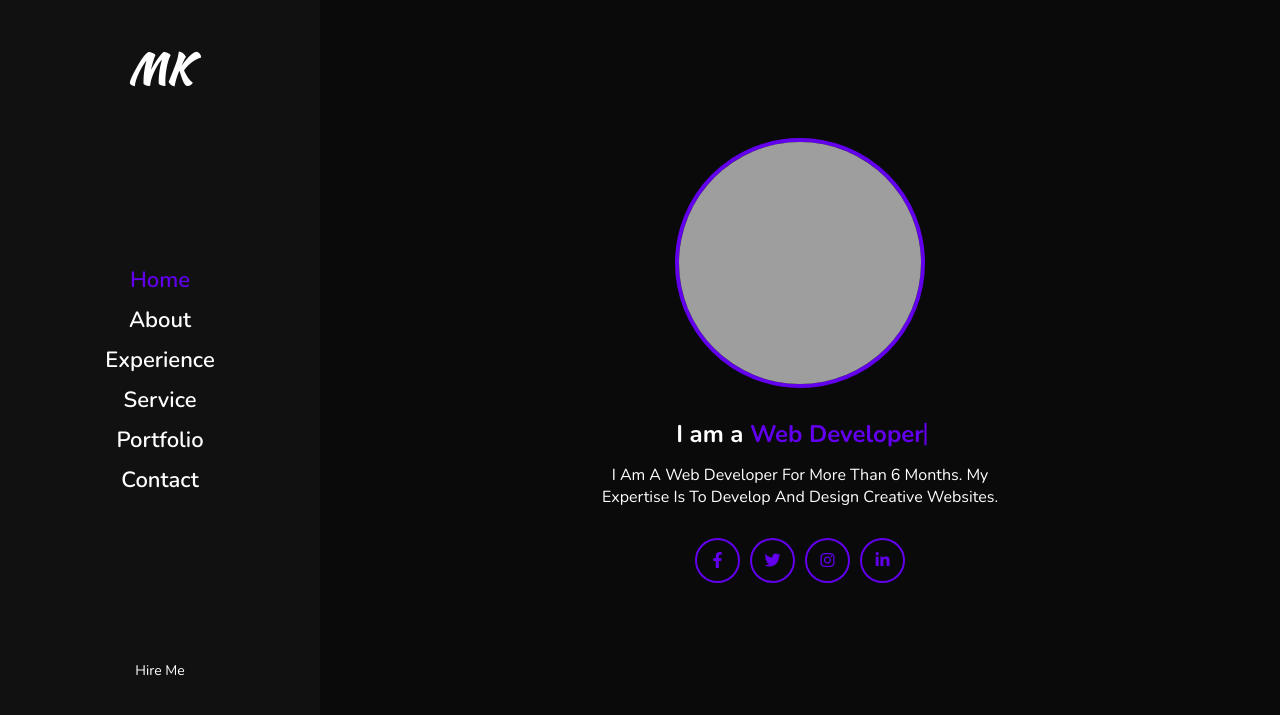
Repository: mk0144/Personal-Portfolio
Page: index.html
The author's editor kept a copy of each file at every save. The page is drawn from the files as they stood at one save, then again after the next save.
The browser window is 1280 px wide. The pictures show the whole page.
Pictures or frames that could not be fetched are drawn as grey boxes. Some web libraries are served in a nearby version.

Above is the page before, as saved 2022-05-21 21:31:43.
Console error: TypeError: Cannot read properties of undefined (reading 'length')

### index.html
<!DOCTYPE html>
<html>

<head>
    <title>My Portfolio</title>
    <link href="./css/stylesheet.css" rel="stylesheet">
    <link href="./css/media.css" rel="stylesheet">
    <link href="https://cdnjs.cloudflare.com/ajax/libs/font-awesome/6.1.1/css/all.min.css" rel="stylesheet">
</head>

<body>
    <main>
        <!-- sidebar -->
        <header>
            <div class="logo">
                <h1>MK</h1>
            </div>

            <ul class="menu">
                <li class="menu_item"><a href="#">Home</a></li>
                <li class="menu_item"><a href="#">About</a></li>
                <li class="menu_item"><a href="#">Experience</a></li>
                <li class="menu_item"><a href="#">Service</a></li>
                <li class="menu_item"><a href="#">Portfolio</a></li>
                <li class="menu_item"><a href="#">Contact</a></li>
            </ul>

            <div class="hire">
                <a href="#">Hire Me</a>
            </div>

        </header>
        <!-- \sidebar -->

        <!-- pages -->
        <div class="pages">
            <!-- home -->
            <section class="home" onmousewheel="scrollFunc(0)">
                <div class="home_inner">
                    <div class="pic">
                        <img src="https://img.freepik.com/free-photo/handsome-confident-smiling-man-with-hands-crossed-chest_176420-18743.jpg?t=st=1652281811~exp=1652282411~hmac=6ffdf10012cb5dbc06aa54032b22c75f276b0e4fb6505f701aa6eadd4853c3fd&w=826"
                            alt="Self Image">
                    </div>

                    <h2>I am a <span id="roleText"></span></h2>

                    <p>
                        I Am A Web Developer For More Than 6 Months. My Expertise Is To Develop And Design Creative
                        Websites.
                    </p>

                    <ul class="social_links">
                        <li><a href="#"><i class="fa-brands fa-facebook-f"></i></a></li>
                        <li><a href="#"><i class="fa-brands fa-twitter"></i></a></li>
                        <li><a href="#"><i class="fa-brands fa-instagram"></i></a></li>
                        <li><a href="#"><i class="fa-brands fa-linkedin-in"></i></a></li>
                    </ul>

                </div>
            </section>
            <!-- \home -->


            <!-- about -->
            <section class="about" onmousewheel="scrollFunc(1)">
                <div class="about_inner">
                    <h1>About Me</h1>

                    <div class="bottom">
                        <div class="pic">
                            <img src="https://img.freepik.com/free-photo/attractive-laughing-guy-having-fun-smiling-happy_176420-18839.jpg?t=st=1652270858~exp=1652271458~hmac=8bf7c3dfd1bbd5bdfd2ee253775783bd67b9f300cc793455fe6b38c6d306b22e&w=826"
                                alt="Self Image">
                        </div>
                    </div>

                </div>
            </section>
            <!-- \about -->


            <!-- skills -->
            <section class="skills" onmousewheel="scrollFunc(2)">
                <div class="skills_inner">
                    <h1>Skills</h1>

                </div>
            </section>
            <!-- \skills -->


            <!-- experience -->
            <section class="experience" onmousewheel="scrollFunc(3)">
                <div class="experience_inner">
                    <h1>Experience</h1>
                </div>
            </section>
            <!-- \experience -->


        </div>
        <!-- \pages -->

    </main>


    <!-- script -->
    <script src="./js/script.js"></script>
</body>

</html>

### css/stylesheet.css
/* common */
@import url("https://fonts.googleapis.com/css2?family=Nunito:ital,wght@0,200;0,300;0,400;0,500;0,600;0,700;0,800;0,900;1,200;1,300;1,400;1,500;1,600;1,700;1,800;1,900&display=swap");
@import url("https://fonts.googleapis.com/css2?family=Kaushan+Script&family=Poppins:ital,wght@0,100;0,200;0,300;0,400;0,500;0,600;0,700;0,800;0,900;1,100;1,200;1,300;1,400;1,500;1,600;1,700;1,800;1,900&display=swap");

:root {
  --primary: #6200ee;
  --black: #0a0a0a;
  --blackDim: #111111;
}

* {
  margin: 0;
  padding: 0;
  box-sizing: border-box;
  list-style: none;
  text-decoration: none;
  font-family: "Nunito";
  font-size: 10px;
  color: white;
}

a {
  font-size: 1.4rem;
  display: inline-block;
}

span {
  display: inline-block;
}

img {
  width: 100%;
  height: 100%;
  object-fit: cover;
  object-position: center;
}

p {
  font-size: 1.6rem;
}

ul li {
  font-size: 1.6rem;
}

h1 {
  font-size: 3.2rem;
}

h2 {
  font-size: 2.4rem;
}
/* \common */

/* main */
main {
  width: 100%;
}
/* header */
header {
  width: 25%;
  height: 100%;
  position: fixed;
  padding: 4rem 2rem;
  background-color: var(--blackDim);
  text-align: center;
  display: flex;
  flex-direction: column;
  justify-content: space-between;
}
/* \header */

/* pages */
.pages {
  width: 75%;
  height: 100vh;
  overflow: hidden;
  margin: 0 0 0 25%;
}

.pages > section {
  width: 100%;
  height: 100vh;
  overflow: hidden;
  padding: 0 6rem;
  display: flex;
  align-items: center;
  transition: 2s;
}

.pages .home {
  background-color: var(--black);
  justify-content: center;
  text-align: center;
}

.pages .about {
  background-color: black;
}

.pages .skills {
  background-color: var(--black);
}

.pages .experience {
  background: black;
}
/* \pages */
/* /main */

/* header */
header .logo h1 {
  font-family: "Kaushan Script";
  font-size: 4rem;
  color: white;
}

header .menu {
  display: grid;
  row-gap: 1rem;
}

header .menu a {
  font-size: 2.2rem;
  font-weight: 600;
  transition: 0.5s;
}

header .menu_item.active a {
  color: var(--primary);
}

header .menu a:hover {
  color: var(--primary);
  transition: 0.5s;
}
/* \header */

/* pages */
/* home */
.home .home_inner {
  max-width: 400px;
}

.home .pic {
  width: 250px;
  height: 250px;
  border-radius: 50%;
  border: 4px solid var(--primary);
  margin: 0 auto 3rem;
}

.home h2 {
  margin: 0 0 1.4rem;
}

.home h2 span {
  font-size: 2.4rem;
  color: var(--primary);
  position: relative;
}

.home h2 span::after {
  content: "";
  display: inline-block;
  position: absolute;
  width: 3px;
  height: 100%;
  transform: scale(70%);
  background-color: var(--primary);
  animation: cursor_blink 0.3s steps(2) infinite;
}

@keyframes cursor_blink {
  0% {
    visibility: hidden;
  }
}

.home img {
  height: 100%;
  border-radius: 50%;
}

.home .social_links {
  display: flex;
  align-items: center;
  justify-content: center;
  column-gap: 1rem;
  margin: 3rem 0 0;
}

.home .social_links li a {
  width: 4.5rem;
  height: 4.5rem;
  padding: 5px;
  border-radius: 50%;
  border: 2px solid var(--primary);
  display: flex;
  align-items: center;
  justify-content: center;
  transition: 0.5s;
}

.home .social_links li a:hover {
  background-color: white;
  border-color: white;
  transition: 0.5s;
}

.home .social_links li i {
  font-size: 1.6rem;
  color: var(--primary);
  transition: 0.5s;
}

.home .social_links li a:hover i {
  color: var(--black);
  transition: 0.5s;
}
/* \home */

/* about */
.about h1 {
  margin: 0 0 1rem;
}

.about .pic {
  width: 300px;
  height: 350px;
}
/* \about */

/* skills */

/* \skills */
/* \pages */

### js/script.js
// variables
// sections
let scrollValues = [100, 100, 100, 100];
let sections = document.getElementsByTagName("section");
let menu_items = document.getElementsByClassName("menu_item");
menu_items[0].classList.add("active");
// \sections
// home
let roles = ["Web Developer", "Web Designer", "Director", "Marketer"];
let rolesI = 0;
let charPos = 0;
// \home
// \variables

/////////////// functions /////////////
// dynamic text
setInterval(function () {
  setText(roles[rolesI].charAt(charPos));

  if (roles[rolesI].length > charPos) {
    charPos++;
    console.log("if");
  } else if (roles[4].length !== charPos) {
    document.getElementById("roleText").innerHTML = null;
    rolesI++;
    charPos = 0;
    console.log("else if");
  } else {
    document.getElementById("roleText").innerHTML = null;
    rolesI = 0;
    charPos = 0;
    console.log("else");
  }
}, 300);

function setText(text) {
  document.getElementById("roleText").innerHTML += text;
}
// \dynamic text

// smooth scroll
function scrollFunc(index) {
  let scrollToBottom = Math.sign(event.deltaY) === 1;

  if (scrollToBottom && scrollValues[index] > 0) {
    // go top to bottom sections
    if (scrollValues[index - 1] < 100 && scrollValues[index - 1] > 0) {
      scrollValues[index - 1] = scrollValues[index - 1] - 50;
      console.log("if's if", scrollValues);
      sections[index - 1].style.height = scrollValues[index - 1] + "vh";
    } else if (scrollValues.length - 1 !== index) {
      scrollValues[index] = scrollValues[index] - 50;
      console.log("if's else", scrollValues);
      sections[index].style.height = scrollValues[index] + "vh";
    }
  } else if (!scrollToBottom && scrollValues[0] !== 100) {
    // got bottom to top sections
    if (scrollValues[index] < 100) {
      scrollValues[index] = scrollValues[index] + 50;
      console.log("else if's if", scrollValues);
      sections[index].style.height = scrollValues[index] + "vh";
    } else if (scrollValues[index - 1] < 100) {
      scrollValues[index - 1] = scrollValues[index - 1] + 50;
      console.log("else if's else", scrollValues);
      sections[index - 1].style.height = scrollValues[index - 1] + "vh";
    }
  }
}
// \smooth scroll

Loaded but not shown: css/media.css (no stored copy; drawn as an empty file)

After the next save:
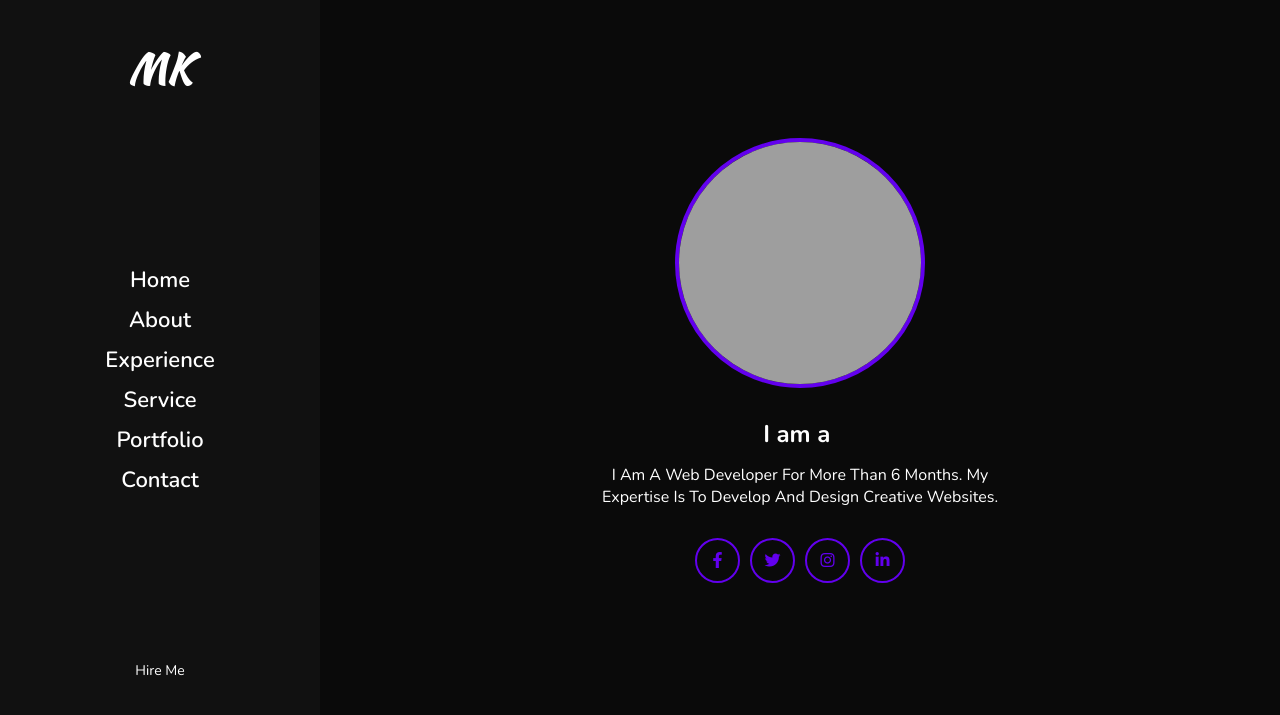
Console error: SyntaxError: Unexpected token ']'
Saved 10 s later.
--- a/js/script.js
+++ b/js/script.js
@@ -20,7 +20,7 @@ setInterval(function () {
   if (roles[rolesI].length > charPos) {
     charPos++;
     console.log("if");
-  } else if (roles[4].length !== charPos) {
+  } else if (roles[roles.].length !== charPos) {
     document.getElementById("roleText").innerHTML = null;
     rolesI++;
     charPos = 0;
